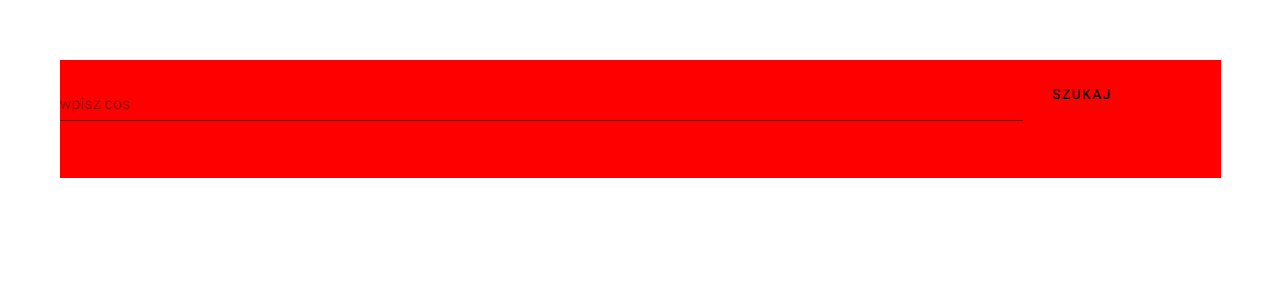
Repository: kq333/wyszukiwarka-filmow-seriali
Page: / (app in searchapp/)
The author's editor kept a copy of each file at every save. The page is drawn from the files as they stood at one save, then again after the next save.
The browser window is 1280 px wide. The pictures show the whole page.
The project was rebuilt for these pictures with package versions that can differ from the ones it lists, and the page was loaded fresh each time. Also part of the build but not shown: searchapp/vue.config.js, searchapp/src/views/Home.vue.

Above is the page before, as saved 2021-02-18 00:54:32.

### searchapp/src/App.vue
<template>
  <v-app>


    <v-main>
      <HelloWorld/>
    </v-main>
  </v-app>
</template>

<script>
import HelloWorld from './components/HelloWorld';

export default {
  name: 'App',

  components: {
    HelloWorld,
  },

  data: () => ({
    //
  }),
};
</script>

### searchapp/src/components/HelloWorld.vue
<template >

  <v-container>


<div id="demo"  style="background-color:red">




<v-row color="red" >
   <v-col lg="10">


            <v-text-field  clearable placeholder="wpisz cos" type="text" v-model="input"></v-text-field>

    </v-col>

    <v-btn id="btn" outlined @click="klik" class="mt-4"><v-icon>mdi-find</v-icon>Szukaj</v-btn>

 </v-row>



  <v-row>
    <v-col >
      <div   v-for="arr in arrays" :key="arr.index" >
        <v-row>
          <v-col >
                <p  id="text1"  class="mx-12" style="font-size:38px">{{arr.title}}</p>
          </v-col>

                </v-row>

                  <v-row >
                    <v-col id="image"  lg="4" xs="2" >
                      <img  style="border-radius: 2%" class="ml-8" :src="arr.poster" />
                    </v-col>
                        <v-col id="text" lg="8" xs="2" cols="6" >
                          <p id="demo"> Aktorzy:  {{ arr.actors}}</p>
                          <p> Reżyseria: {{arr.director}}</p>
                          <p>Kraj: {{arr.country}}</p>
                          <p>Rok produkcji: {{arr.released}}</p>
                          <p>Gatunek: {{arr.genre}}</p>
                          <p>Opis: {{arr.plote}}</p>
                          <p>Ranking IMDB: {{arr.imdb}}</p>
                        </v-col>
                  </v-row>

              <v-row >

              </v-row>





      </div>
    </v-col>
  </v-row>


 </div>





  </v-container>
</template>

<script>
  export default {
    name: 'HelloWorld',

    data(){

    return{

      input:'',

      arrays:[],
    }

  },
   methods: {


/* const button = document.getElementById("btn");
      button.disabled = true; */




      klik(){


       this.input








 const url = 'https://www.omdbapi.com/?apikey=7bd5b2c8&t=';

    const result  = url + this.input;
    fetch(result)

  .then((res)=>{
      return res.json();
  })

  .then((data)=>{

    console.log(data)



    this.arrays.push({poster: data.Poster, actors: data.Actors, director: data.Director, title:data.Title, country:data.Country, released: data.Released, genre: data.Genre, plot: data.Plot, imdb:data.imdbRating })


  }),

this.input=''
this.text=""

this.arrays.pop()

      }}}


</script>

<style scoped>



p{
  color:red
}

#demo{

  margin-top:60px;

}

#app {
  background-color:red}

#btn{
  border: 0px  ;
}
</style>

Loaded but not shown: searchapp/public/index.html (common file); searchapp/src/main.js (common file); searchapp/src/router/index.js (common file); searchapp/src/plugins/vuetify.js (common file)

After the next save:
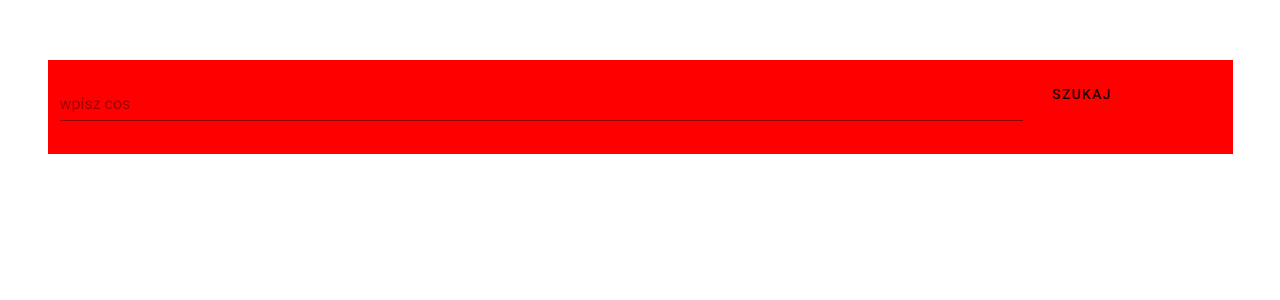
Saved 18 s later.
--- a/searchapp/src/components/HelloWorld.vue
+++ b/searchapp/src/components/HelloWorld.vue
@@ -3,12 +3,12 @@
   <v-container>
 
 
-<div id="demo"  style="background-color:red">
+<div id="demo"  >
 
 
 
 
-<v-row color="red" >
+<v-row style="background-color:red" >
    <v-col lg="10">
 
 
